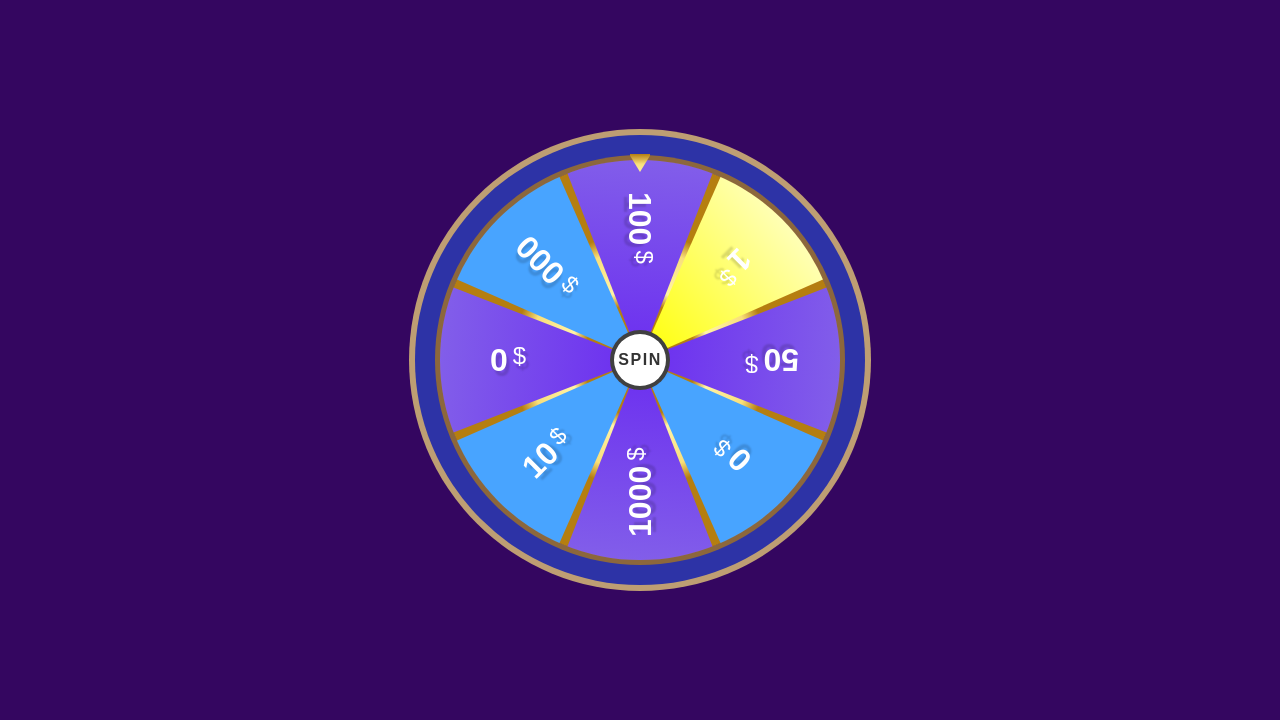
Repository: Jacques-Jaki-Morkel/FundedMarketplace_WheelofFortune
Page: index.html
The author's editor kept a copy of each file at every save. The page is drawn from the files as they stood at one save, then again after the next save.
The browser window is 1280 px wide. The pictures show the whole page.

Above is the page before, as saved 2025-08-14 13:39:29.

### index.html
<!DOCTYPE html>
<html lang="en">

<head>
    <meta charset="UTF-8">
    <meta name="viewport" content="width=device-width, initial-scale=1.0">
    <title>Wheel of Fortune - Funded Marketplace</title>
    <link rel="stylesheet" href="styles.css">
</head>

<body>
    <div class="container">
        <div class="spinBtn">
            SPIN
        </div>
        <img class="wheel-frame" src="assets/rings.svg" alt="wheel rings">
        <div class="wheel">
            <div class="number" style=" --i:1 ;">
                <span>100</span>
            </div>
            <div class="number" style=" --i:2 ;--clr2: linear-gradient(var(--angle), white, yellow);">
                <span>1</span>
            </div>
            <div class="number" style=" --i:3 ;">
                <span>50</span>
            </div>
            <div class="number" style=" --i:4 ;--clr2: linear-gradient(var(--angle), #8b72e7 0%, #48a4ff 7%, #48a4ff 89%,  #3638ad 100%);">
                <span>0</span>
            </div>
            <div class="number" style=" --i:5 ;">
                <span>1000</span>
            </div>
            <div class="number" style=" --i:6 ;--clr2: linear-gradient(var(--angle), #8b72e7 0%, #48a4ff 7%, #48a4ff 89%,  #3638ad 100%);">
                <span>10</span>
            </div>
            <div class="number" style=" --i:7 ;">
                <span>0</span>
            </div>
            <div class="number" style=" --i:8 ;--clr2: linear-gradient(var(--angle), #8b72e7 0%, #48a4ff 7%, #48a4ff 89%,  #3638ad 100%);">
                <span>000</span>
            </div>
        </div>
    <div>
    <script src="script.js"></script>
</body>

</html>

### styles.css
* {
    margin: 0;
    padding: 0;
    box-sizing: border-box;
    font-family: 'Poppins', sans-serif;
}

body {
    display: flex;
    justify-content: center;
    align-items: center;
    min-height: 100vh;
    background: rgb(52, 6, 96);
}

.container {
    position: relative;
    width: 400px;
    height: 400px;
    display: flex;
    justify-content: center;
    align-items: center;
}

.container .spinBtn {
    position: absolute;
    width: 60px;
    height: 60px;
    background: #fff;
    border-radius: 50%;
    z-index: 10;
    display: flex;
    justify-content: center;
    align-items: center;
    text-transform: uppercase;
    font-weight: 600;
    color: #333;
    letter-spacing: 0.1em;
    border: 4px solid rgba(0, 0, 0, 0.75);
    cursor: pointer;
    user-select: none;
}

.container .spinBtn::before {
    content: '';
    position: absolute;
    top: -180px;
    width: 20px;
    transform: rotate(180DEG);
    height: 30px;
    background: linear-gradient(#b57e10  ,#fff3a6 , #f9df7b , #b57e10 );
    clip-path: polygon(50% 40%, -5% 100%, 105% 100%);
}

.container .wheel {
    position: absolute;
    top: 0;
    left: 0;
    width: 100%;
    height: 100%;
    background: radial-gradient(#b57e10 20% ,#fff3a6  25%, #f9df7b 39%, #b57e10 45%);
    border-radius: 50%;
    overflow: hidden;
    box-shadow: 0 0 0 5px rgba(181, 126, 16, 0.7),
        0 0 0 25px rgba(45, 51, 166, 1),
        0 0 0 31px rgba(249, 223, 123, 0.7);

}


.container .wheel .number {
    position: absolute;
    width: 50%;
    height: 50%;
    background:var(--clr2, linear-gradient(var(--angle), #8b72e7, #6b2df0));
    --angle: 140deg;
    transform-origin: bottom right;
    transform: rotate(calc(45deg * var(--i)));
    clip-path: polygon(0 0, 56% 0, 100% 100%, 0 56%);
    display: flex;
    justify-content: center;
    align-items: center;
    user-select: none;
    cursor: pointer;
}

.container .wheel .number span {
    position: relative;
    transform: rotate(45deg);
    color: #fff;
    font-size: 2em;
    font-weight: 700;
    text-shadow: 3px 5px 2px rgba(0, 0, 0, 0.15);
}

.container .wheel .number span::after {
    content: '$';
    padding-left: 5px;
    position: absolute;
    font-size: 0.75em;
    font-weight: 500;
}

### script.js
const wheel = document.querySelector('.wheel');
const spinButton = document.querySelector('.spinBtn');
const value = Math.ceil(Math.random() * 360);

spinButton.addEventListener('click', () => {
    const rotations = Math.max(Math.random() * 100, 15); // Ensure at least 15 full rotations
    const randomDegree = Math.floor(Math.random() * (360*rotations)) + 720; // Ensure at least two full rotations
    const finalDegree = value + randomDegree;

    wheel.style.transition = 'transform 5s ease-in-out';
    wheel.style.transform = `rotate(${finalDegree}deg)`;

//     spin styles
//     cubic-bezier(0.33, 1, 0.68, 1)
})

After the next save:
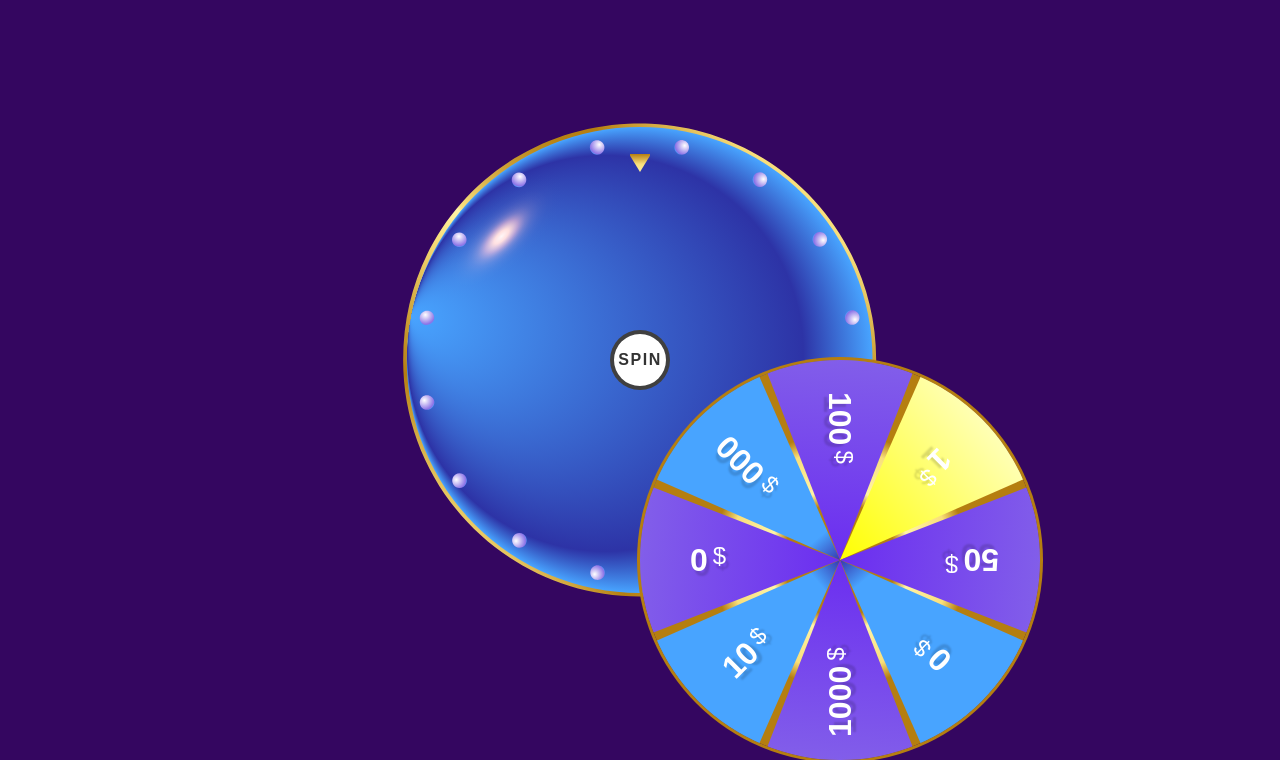
Saved 17 s later.
--- a/styles.css
+++ b/styles.css
@@ -54,17 +54,29 @@ body {
 
 .container .wheel {
     position: absolute;
-    top: 0;
-    left: 0;
+    top: 50%;
+    left: 50%;
     width: 100%;
     height: 100%;
-    background: radial-gradient(#b57e10 20% ,#fff3a6  25%, #f9df7b 39%, #b57e10 45%);
+
     border-radius: 50%;
-    overflow: hidden;
-    box-shadow: 0 0 0 5px rgba(181, 126, 16, 0.7),
-        0 0 0 25px rgba(45, 51, 166, 1),
-        0 0 0 31px rgba(249, 223, 123, 0.7);
+    overflow: hidden; /* keeps slices inside the wheel */
+    z-index: 2; /* above frame */
+    background: radial-gradient(#b57e10 20%, #fff3a6 25%, #f9df7b 39%, #b57e10 45%);
+     box-shadow: 0 0 0 3px rgba(181, 126, 16, 1)
 
+
+}
+
+.wheel-frame {
+    position: absolute;
+    top: 50%;
+    left: 50%;
+    width: 170%; /* bigger than wheel */
+    height: 170%;
+    transform: translate(-50%, -50%);
+    z-index: 1; /* behind the wheel */
+    pointer-events: none; /* allows clicking wheel slices */
 }
 
 
